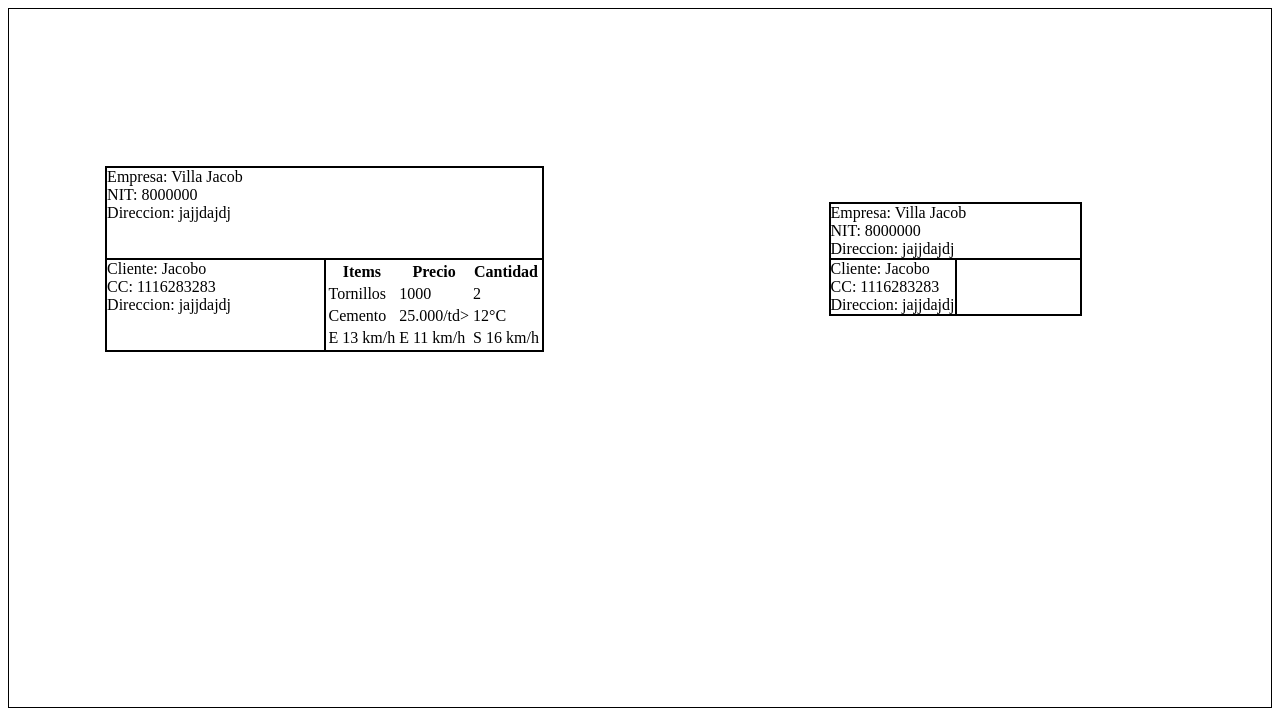
Repository: MrVanQish/FacturaEstructura
Page: index.html
An editor plug-in stored every save of this project. The page is shown before and after a run of saves, followed by the edit.
The browser window is 1280 px wide. The pictures show the whole page.

Above is the page before, as saved 2021-09-29 09:53:09.

### index.html
<!DOCTYPE html>
<html lang="en">
<head>
    <meta charset="UTF-8">
    <meta http-equiv="X-UA-Compatible" content="IE=edge">
    <meta name="viewport" content="width=device-width, initial-scale=1.0">
    <title>Document</title>
    <link rel="stylesheet" href="styles.css">
</head>
<body>

    <div class="wrapper">

        <div class="factura1">
                <div class="infoEmpresa-f">
                    Empresa: Villa Jacob
                    <br>
                    NIT: 8000000
                    <br>
                    Direccion: jajjdajdj
                </div>
                <div class="infoCliente-f">
                    Cliente: Jacobo
                    <br>
                    CC: 1116283283
                    <br>
                    Direccion: jajjdajdj
                </div>
                <div class="items-f">

                    <table class="default">

                        <tr>

                            <th>Items</th>

                            <th>Precio</th>

                            <th>Cantidad</th>


                        </tr>

                          <tr>

                            <td>Tornillos</td>

                            <td>1000</td>

                            <td>2</td>

                          </tr>

                          <tr>

                            <td>Cemento</td>

                            <td>25.000/td>

                            <td>12°C</td>

                          </tr>

                          <tr>

                            <td>E 13 km/h</td>

                            <td>E 11 km/h</td>

                            <td>S 16 km/h</td>

                          </tr>

                      </table>



                </div>

                <!-- //t -->
            <div class="body-f">

            </div>
        </div>


        <div class="factura2">
            <div class="infoEmpresa-f">
                Empresa: Villa Jacob
                <br>
                NIT: 8000000
                <br>
                Direccion: jajjdajdj
            </div>
            <div class="infoCliente-f">
                Cliente: Jacobo
                <br>
                CC: 1116283283
                <br>
                Direccion: jajjdajdj
            </div>
            <div class="items-f">



            </div>

            <!-- //t -->
        <div class="body-f">

        </div>
    </div>


    </div>
       </div>

</body>
</html>

### styles.css
@page {
    size: A4 landscape;
}

.wrapper {
    height: 97vh;
    border: 1px solid #000;
    display: grid;
    grid-template-columns: 1fr 1fr;
    grid-template-rows: 500px;
    grid-template-areas:
      "f1 f2";
  }

  .factura1 {

    display: grid;
    grid-area: f1;
    align-self: center;
    border: 1px solid #000;
    justify-self: center;
    grid-template-columns: 1fr 1fr;
    grid-template-rows: 1fr 1fr;
    grid-template-areas:
      "infoEmpresa-f infoEmpresa-f"
      "infoCliente-f items-f" ;
  }

  .factura2 {
    display: grid;
    grid-area: f2;
    align-self: center;
    border: 1px solid #000;
    justify-self: center;
    grid-template-columns: 1fr 1fr;
    grid-template-rows: 1fr 1fr;
    grid-template-areas:
      "infoEmpresa-f infoEmpresa-f"
      "infoCliente-f items-f" ;
  }




.infoEmpresa-f{

    grid-area: infoEmpresa-f;
    border: 1px solid #000;
/*     align-self: center;
    justify-self: center; */

}

.infoCliente-f{
    grid-area: infoCliente-f;
    border: 1px solid #000;
/*     align-self: center;
    justify-self: center; */
}

.items-f{
    grid-area: items-f;
    border: 1px solid #000;
}

After the next 3 saves:
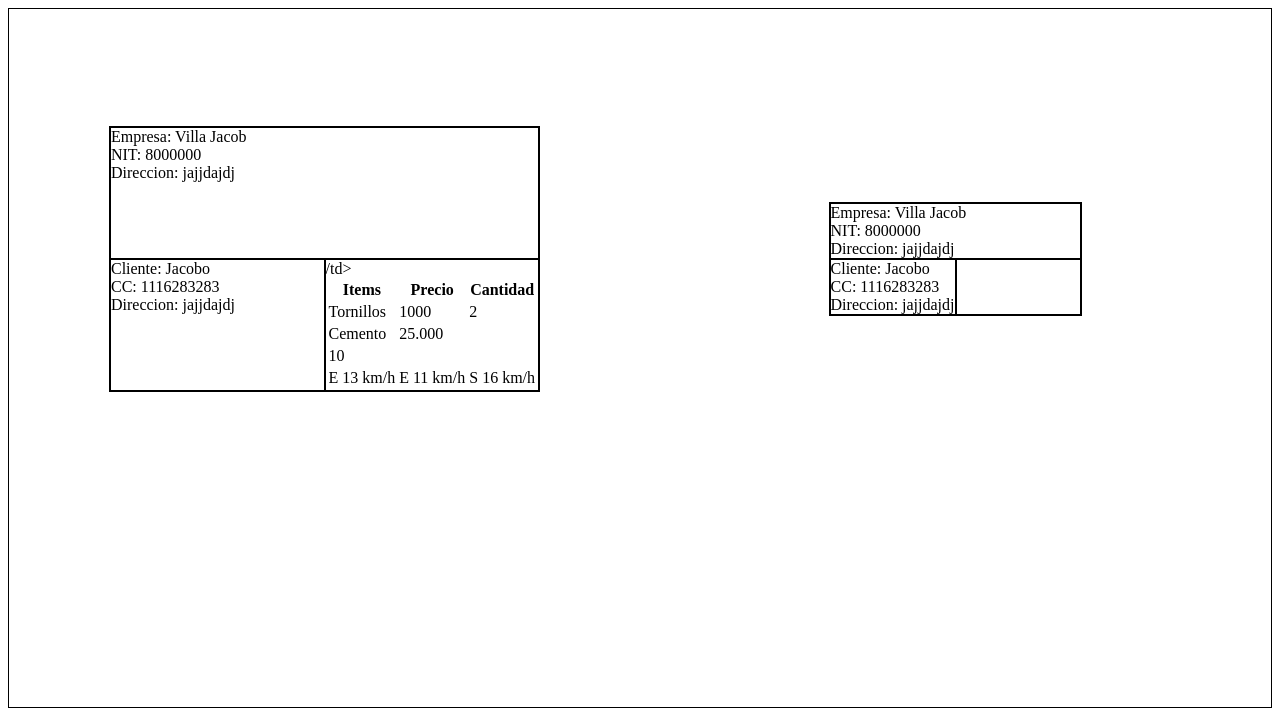
The 3 saves are shown as one change because they came seconds apart.
The last was saved 12 s later.
--- a/index.html
+++ b/index.html
@@ -55,9 +55,9 @@
 
                             <td>Cemento</td>
 
-                            <td>25.000/td>
+                            <td>25.000 </tr>/td>
 
-                            <td>12°C</td>
+                            <td>10</td>
 
                           </tr>
 
